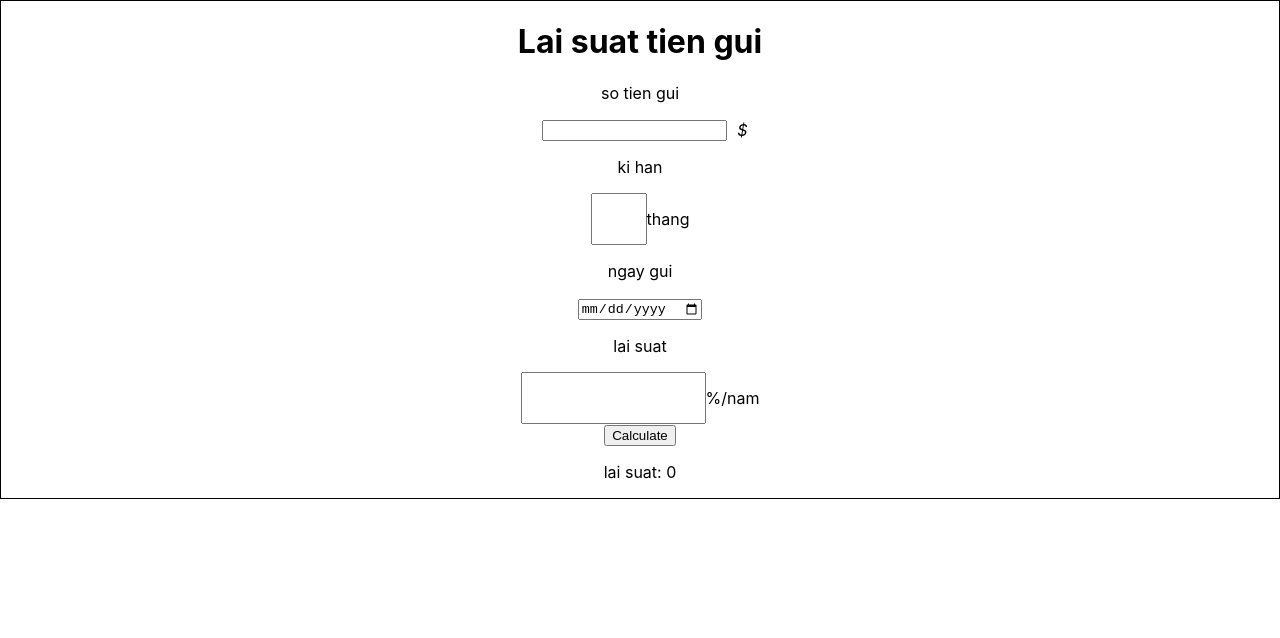
Repository: Trinvm1997/ReactExercise
Page: / (app in interest_rate/)
The author's editor kept a copy of each file at every save. The page is drawn from the files as they stood at one save, then again after the next save.
The browser window is 1280 px wide. The pictures show the whole page.
The project was rebuilt for these pictures with package versions that can differ from the ones it lists, and the page was loaded fresh each time.

Above is the page before, as saved 2020-12-24 10:07:30.

### interest_rate/src/App.js
import './App.css';
import React, { Component } from 'react';

class App extends Component {
  constructor(props) {
    super(props);
    this.state = {
      money:0,
      time:0,
      interestRate:0,
      interest:0
    };
    this.handleChange = this.handleChange.bind(this);
    this.handleSubmit = this.handleSubmit.bind(this);
  }

  handleChange(event) {
    const value = event.target.value;
    const name = event.target.name;
    this.setState({
      [name]: value
    });
  }

  handleSubmit(event){
    event.preventDefault();
    this.setState({
      interest: this.state.money*(this.state.time/12)*this.state.interestRate
    })
  }

  render() {
    return (
      <div className="App">
        <form>
          <h1>Lai suat tien gui</h1>
          <p>so tien gui</p>
          <div style={{display: "inline-flex"}}>
            <input onChange={this.handleChange} name="money" type="number" min="1" step="1"></input><i>$</i>
          </div>
          <p>ki han</p>
          <div style={{display: "inline-flex"}}>
            <input onChange={this.handleChange} name="time" type="number" min="1" max="36" step="1"></input><p>thang</p>
          </div>
          <p>ngay gui</p>
          <input type="date"></input>
          <p>lai suat</p>
          <div style={{display: "inline-flex"}}>
            <input onChange={this.handleChange} name="interestRate" type="number" step="0.01"></input><p>%/nam</p>
          </div>
          <br />
          <button onClick={this.handleSubmit}>Calculate</button>
          <p>lai suat: {this.state.interest}</p>
        </form>
      </div>
    );
  }
}

export default App;

### interest_rate/src/App.css
.App {
  text-align: center;
}

.App-logo {
  height: 40vmin;
  pointer-events: none;
}

@media (prefers-reduced-motion: no-preference) {
  .App-logo {
    animation: App-logo-spin infinite 20s linear;
  }
}

.App-header {
  background-color: #282c34;
  min-height: 100vh;
  display: flex;
  flex-direction: column;
  align-items: center;
  justify-content: center;
  font-size: calc(10px + 2vmin);
  color: white;
}

.App-link {
  color: #61dafb;
}

i {
  margin-left: 5%;
}

@keyframes App-logo-spin {
  from {
    transform: rotate(0deg);
  }
  to {
    transform: rotate(360deg);
  }
}

form {
  border: 1px solid black;
}

Loaded but not shown: interest_rate/public/index.html (common file); interest_rate/src/index.js (common file); interest_rate/src/index.css (common file); interest_rate/src/reportWebVitals.js (common file)

After the next save:
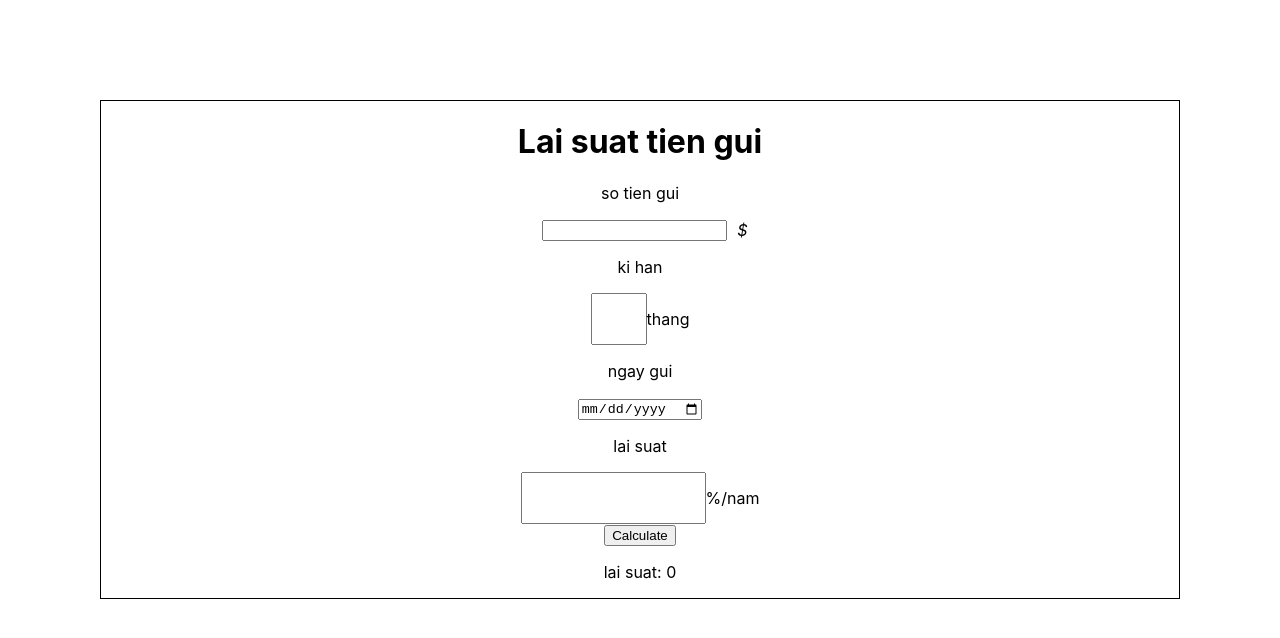
Saved 16 s later.
--- a/interest_rate/src/App.css
+++ b/interest_rate/src/App.css
@@ -42,5 +42,6 @@ i {
 }
 
 form {
+  margin: 100px;
   border: 1px solid black;
 }
